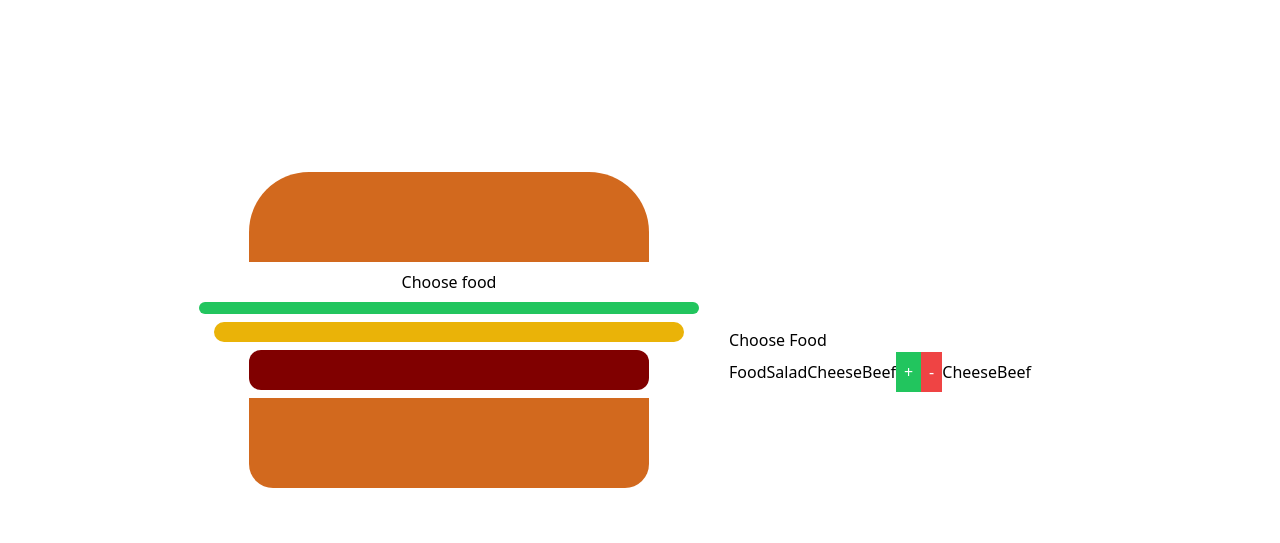
Repository: baobaodeveloper/bootcamp21_HuynhAnhBao_Burger
Page: /
An editor plug-in stored every save of this project. The page is shown before and after the next save, followed by the edit.
The browser window is 1280 px wide. The pictures show the whole page.
The project was rebuilt for these pictures with package versions that can differ from the ones it lists, and the page was loaded fresh each time. Also part of the build but not shown: vite.config.js.

Above is the page before, as saved 2022-05-15 16:55:43.

After the next save:
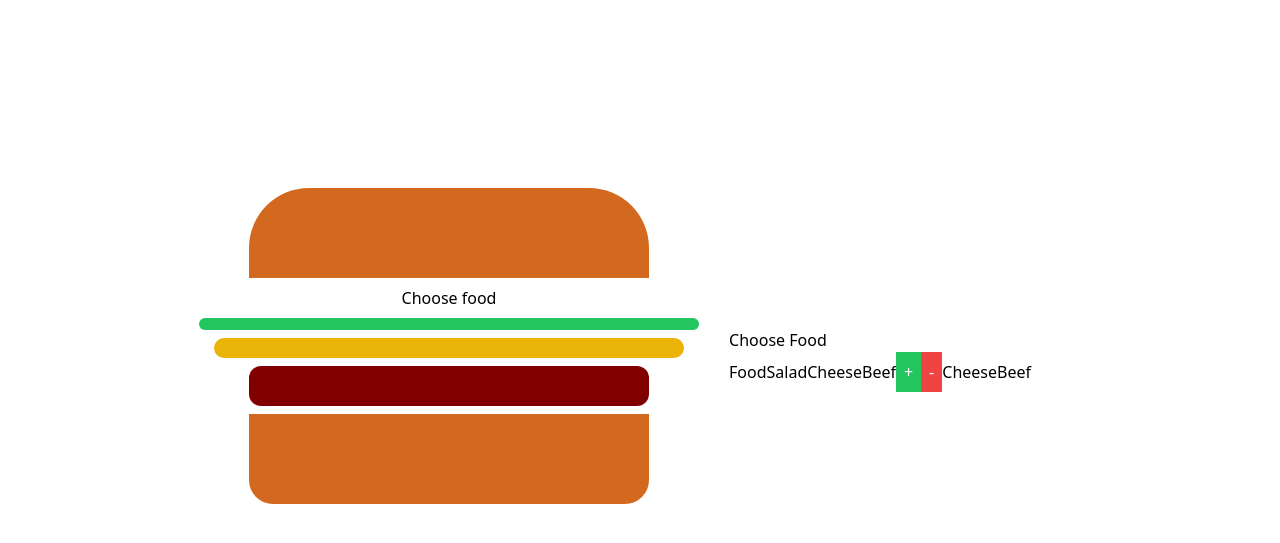
Saved 41 s later.
--- a/src/components/Burger.jsx
+++ b/src/components/Burger.jsx
@@ -5,6 +5,7 @@ export default function Burger() {
     <div>
       <div className="flex items-center gap-x-20  w-screen h-screen mx-auto justify-center">
         <div className="flex flex-col justify-center items-center gap-y-2 w-[400px]">
+          <h2>Store Burger</h2>
           <div className="bg-[#D2691E] w-full h-[30px] relative">
             <div className="bg-[#D2691E] w-full h-[60px] absolute top-0 left-0 -translate-y-[60px] rounded-tl-full rounded-tr-full"></div>
           </div>
